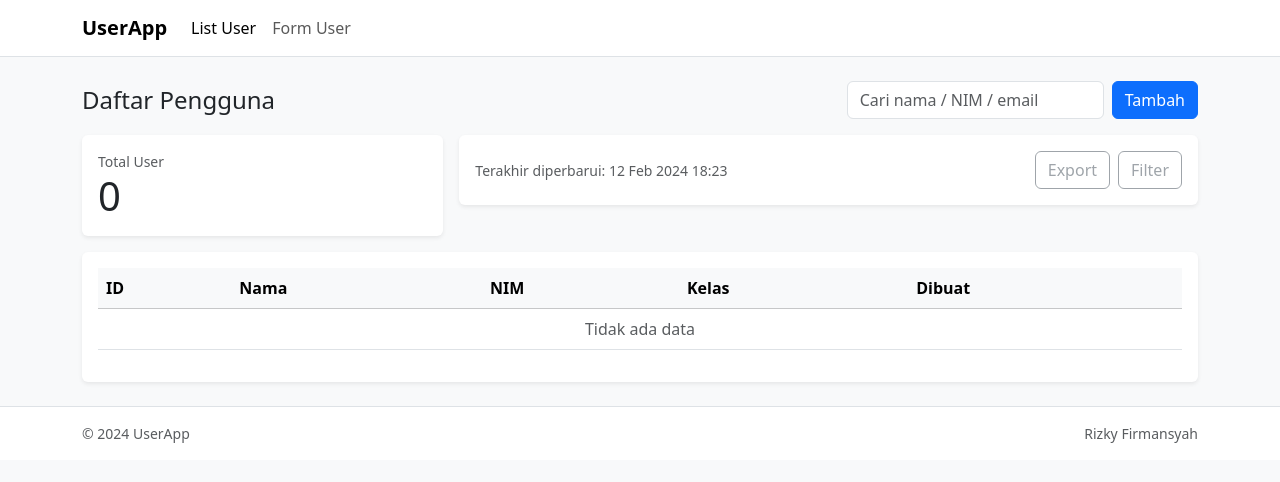
Repository: RizkyFirmansyah-com/prak-pwl-2357051016
Page: http://localhost/user
An editor plug-in stored every save of this project. The page is shown before and after the next save, followed by the edit.
The browser window is 1280 px wide. The pictures show the whole page.
The page is served by the project's Laravel application, run on PHP 8.4 with Laravel 10. Other server files are loaded and not shown. Queries for data that is not in the repository find no rows.

Above is the page before, as saved 2025-10-12 21:01:15.

### routes/web.php
<?php

use Illuminate\Support\Facades\Route;
use App\Http\Controllers\UserController;
use App\Http\Controllers\MataKuliahController;
use App\Http\Controllers\ProfilController;

/*
|--------------------------------------------------------------------------
| Web Routes
|--------------------------------------------------------------------------
|
| Here is where you can register web routes for your application. These
| routes are loaded by the RouteServiceProvider and all of them will
| be assigned to the "web" middleware group. Make something great!
|
*/

Route::get('/', function () {
    return view('');
});

Route::get('/user', [UserController::class, 'index']);
Route::get('/user/create', [UserController::class, 'create'])->name('user.create');
Route::post('/user', [UserController::class, 'store'])->name('user.store');
Route::resource('user', UserController::class);


Route::get('/mata-kuliah', [MataKuliahController::class, 'index']);
Route::get('/mata-kuliah/create', [MataKuliahController::class, 'create'])->name('matakuliah.create');
Route::post('/mata-kuliah', [MataKuliahController::class, 'store'])->name('matakuliah.store');

Route::get('/matakuliah/{id}/edit', [MataKuliahController::class, 'edit'])->name('matakuliah.edit');
Route::put('/matakuliah/{id}', [MataKuliahController::class, 'update'])->name('matakuliah.update');
Route::delete('/matakuliah/{id}', [MataKuliahController::class, 'destroy'])->name('matakuliah.destroy');
Route::resource('matakuliah', MataKuliahController::class);

### app/Http/Controllers/UserController.php
<?php

namespace App\Http\Controllers;

use Illuminate\Http\Request;
use App\Models\Kelas;
use App\Models\UserModel;

class UserController extends Controller
{
    private UserModel $userModel;
    private Kelas $kelasModel;

    public function __construct()
    {
        $this->userModel  = new UserModel();
        $this->kelasModel = new Kelas();
    }

    // LIST
    public function index()
    {
        // Jika UserModel punya method getUser(), pakai itu.
        // Kalau tidak, bisa ganti: $users = UserModel::with('kelas')->orderBy('nama')->get();
        $data = [
            'title' => 'List User',
            'users' => $this->userModel->getUser()
        ];
        return view('list_user', $data);
    }

    // CREATE FORM
    public function create()
    {
        $data = [
            'title' => 'Create User',
            'kelas' => $this->kelasModel->getKelas(), // pastikan nama method-nya getKelas()
        ];
        return view('user_create', $data);
    }

    // STORE
    public function store(Request $request)
    {
        $validated = $request->validate([
            'nama'     => ['required','string','max:100'],
            'nim'      => ['required','string','max:20'],
            'kelas_id' => ['required','exists:kelas,id'],
        ]);

        $this->userModel->create($validated);

        return redirect()->route('user.index')->with('success', 'User berhasil ditambahkan.');
    }

    // EDIT FORM
    public function edit(string $id)
    {
        $user  = UserModel::findOrFail($id);
        $kelas = $this->kelasModel->getKelas();

        return view('user_edit', [
            'title' => 'Edit User',
            'user'  => $user,
            'kelas' => $kelas,
        ]);
    }

    // UPDATE
    public function update(Request $request, string $id)
    {
        $validated = $request->validate([
            'nama'     => ['required','string','max:100'],
            'nim'      => ['required','string','max:20'],
            'kelas_id' => ['required','exists:kelas,id'],
        ]);

        $user = UserModel::findOrFail($id);
        $user->update($validated);

        return redirect()->route('user.index')->with('success', 'User berhasil diperbarui.');
    }

    // DELETE
    public function destroy(string $id)
    {
        $user = UserModel::findOrFail($id);
        $user->delete();

        return redirect()->route('user.index')->with('success', 'User berhasil dihapus.');
    }
}

### app/Models/UserModel.php
<?php

namespace App\Models;

use Illuminate\Database\Eloquent\Factories\HasFactory;
use Illuminate\Database\Eloquent\Model;

class UserModel extends Model
{
    use HasFactory;

    protected $table = 'user';
    protected $guarded = ['id'];

    public function Kelas(){
        return $this->belongsTo(Kelas::class, 'kelas_id');
    }

    public function getUser(){
        return $this->join('kelas', 'kelas.id', '=', 'user.kelas_id')
                    ->select('user.*', 'kelas.nama_kelas as nama_kelas')
                    ->get();
    }
}

### app/Models/kelas.php
<?php

namespace App\Models;

use Illuminate\Database\Eloquent\Factories\HasFactory;
use Illuminate\Database\Eloquent\Model;

class Kelas extends Model
{
    use HasFactory;

    protected $guarded = ['id'];

    public function user()
    {
        return $this->hasMany(UserModel::class, 'kelas_id');
    }

    public function getkelas()
    {
        return $this->all();
    }
}

### resources/views/list_user.blade.php
@extends('layouts.app')
@section('title','List User')

@section('content')
  {{-- Flash message --}}
  @if(session('success'))
    <div class="alert alert-success">{{ session('success') }}</div>
  @endif

  {{-- Header + Aksi --}}
  <div class="d-flex flex-wrap align-items-center justify-content-between gap-2 mb-3">
    <h4 class="mb-0">Daftar Pengguna</h4>
    <div class="d-flex gap-2">
      <form method="GET" class="d-flex" role="search">
        <input name="q" value="{{ request('q') }}" class="form-control" placeholder="Cari nama / NIM / email">
      </form>
      <a href="{{ route('user.create') }}" class="btn btn-primary">Tambah</a>
    </div>
  </div>

  {{-- Ringkasan kecil --}}
  <div class="row g-3 mb-3">
    <div class="col-md-4">
      <div class="card border-0 shadow-sm">
        <div class="card-body">
          <div class="small text-muted">Total User</div>
          <div class="display-6">
            {{ method_exists($users,'total') ? $users->total() : (is_countable($users) ? count($users) : 0) }}
          </div>
        </div>
      </div>
    </div>
    <div class="col-md-8">
      <div class="card border-0 shadow-sm">
        <div class="card-body d-flex flex-wrap justify-content-between align-items-center gap-2">
          <span class="small text-muted">Terakhir diperbarui: {{ now()->format('d M Y H:i') }}</span>
          <div class="d-flex gap-2">
            <a class="btn btn-outline-secondary disabled">Export</a>
            <a class="btn btn-outline-secondary disabled">Filter</a>
          </div>
        </div>
      </div>
    </div>
  </div>

  {{-- Tabel --}}
  <div class="card border-0 shadow-sm">
    <div class="card-body table-responsive">
      <table class="table align-middle table-hover">
        <thead class="table-light">
          <tr>
            <th>ID</th>
            <th>Nama</th>
            <th>NIM</th>
            <th>Kelas</th>
            <th>Dibuat</th>
          </tr>
        </thead>
        <tbody>
          @forelse($users as $user)
            <tr>
              <td>{{ $user->id }}</td>
              <td>{{ $user->nama ?? $user->name ?? '-' }}</td>
              <td>{{ $user->nim ?? '-' }}</td>
              <td>{{ $user->nama_kelas ?? ($user->kelas->nama_kelas ?? '-') }}</td>
              <td>{{ optional($user->created_at)->diffForHumans() }}</td>
            </tr>
          @empty
            <tr>
              <td colspan="5" class="text-center text-muted">Tidak ada data</td>
            </tr>
          @endforelse
        </tbody>
      </table>

      @if(method_exists($users, 'links'))
        <div class="mt-2">
          {{ $users->links() }}
        </div>
      @endif
    </div>
  </div>
@endsection

### resources/views/layouts/app.blade.php
<!DOCTYPE html>
<html lang="id">
<head>
    <meta charset="UTF-8">
    <meta name="viewport" content="width=device-width, initial-scale=1.0">
    <title>@yield('title', 'Aplikasi User')</title>
    <link href="https://cdn.jsdelivr.net/npm/bootstrap@5.3.3/dist/css/bootstrap.min.css" rel="stylesheet" crossorigin="anonymous">
</head>
<body class="bg-light">


    <x-navbar />

    <main class="container py-4">
        @yield('content')
    </main>


    <x-footer />

    <script src="https://cdn.jsdelivr.net/npm/bootstrap@5.3.3/dist/js/bootstrap.bundle.min.js" crossorigin="anonymous"></script>
</body>
</html>

### resources/views/components/navbar.blade.php
<nav class="navbar navbar-expand-lg bg-white border-bottom sticky-top">
  <div class="container">
    <a class="navbar-brand fw-semibold" href="{{ url('/') }}">UserApp</a>
    <button class="navbar-toggler" type="button" data-bs-toggle="collapse" data-bs-target="#nvb" aria-controls="nvb" aria-expanded="false" aria-label="Toggle navigation">
      <span class="navbar-toggler-icon"></span>
    </button>

    <div class="collapse navbar-collapse" id="nvb">
      <ul class="navbar-nav me-auto mb-2 mb-lg-0">
        {{-- Link ke List User --}}
        <li class="nav-item">
          <a class="nav-link {{ request()->is('user') ? 'active' : '' }}"
             href="{{ route('user.create') }}">
            List User
          </a>
        </li>

        {{-- Link ke Form Tambah User --}}
        <li class="nav-item">
          <a class="nav-link {{ request()->is('user/create') ? 'active' : '' }}"
             href="{{ route('user.create') }}">
            Form User
          </a>
        </li>
      </ul>
    </div>
  </div>
</nav>

### resources/views/components/footer.blade.php
<footer class="border-top bg-white">
  <div class="container py-3 small text-muted d-flex justify-content-between">
    <span>© {{ date('Y') }} UserApp</span>
    <span>Rizky Firmansyah</span>
  </div>
</footer>

Loaded but not shown: app/Http/Controllers/Controller.php (common file)

After the next save:
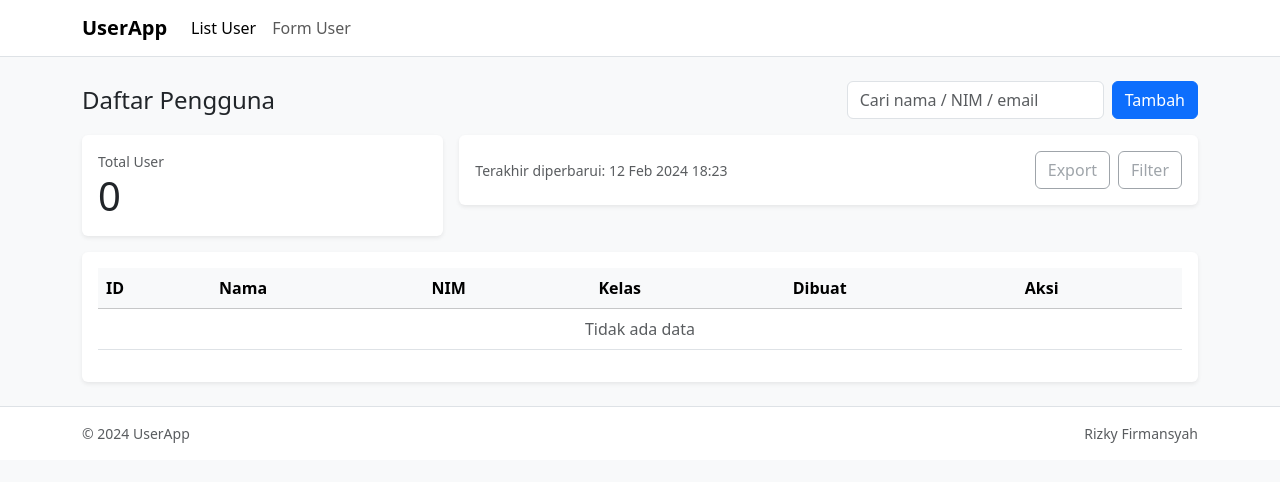
Saved 6 min 23 s later.
--- a/resources/views/list_user.blade.php
+++ b/resources/views/list_user.blade.php
@@ -6,12 +6,21 @@
   @if(session('success'))
     <div class="alert alert-success">{{ session('success') }}</div>
   @endif
+  @if($errors->any())
+    <div class="alert alert-danger">
+      <ul class="mb-0">
+        @foreach($errors->all() as $e)
+          <li>{{ $e }}</li>
+        @endforeach
+      </ul>
+    </div>
+  @endif
 
   {{-- Header + Aksi --}}
   <div class="d-flex flex-wrap align-items-center justify-content-between gap-2 mb-3">
     <h4 class="mb-0">Daftar Pengguna</h4>
     <div class="d-flex gap-2">
-      <form method="GET" class="d-flex" role="search">
+      <form method="GET" action="{{ route('user.index') }}" class="d-flex" role="search">
         <input name="q" value="{{ request('q') }}" class="form-control" placeholder="Cari nama / NIM / email">
       </form>
       <a href="{{ route('user.create') }}" class="btn btn-primary">Tambah</a>
@@ -54,6 +63,7 @@
             <th>NIM</th>
             <th>Kelas</th>
             <th>Dibuat</th>
+            <th>Aksi</th> {{-- Tambah kolom aksi --}}
           </tr>
         </thead>
         <tbody>
@@ -64,10 +74,22 @@
               <td>{{ $user->nim ?? '-' }}</td>
               <td>{{ $user->nama_kelas ?? ($user->kelas->nama_kelas ?? '-') }}</td>
               <td>{{ optional($user->created_at)->diffForHumans() }}</td>
+              <td>
+                {{-- Tombol Edit & Hapus --}}
+                <a href="{{ route('user.edit', $user->id) }}" class="btn btn-sm btn-primary">Edit</a>
+                <form action="{{ route('user.destroy', $user->id) }}" method="POST" style="display:inline;">
+                  @csrf
+                  @method('DELETE')
+                  <button type="submit" class="btn btn-sm btn-danger"
+                          onclick="return confirm('Yakin ingin menghapus user ini?')">
+                    Hapus
+                  </button>
+                </form>
+              </td>
             </tr>
           @empty
             <tr>
-              <td colspan="5" class="text-center text-muted">Tidak ada data</td>
+              <td colspan="6" class="text-center text-muted">Tidak ada data</td>
             </tr>
           @endforelse
         </tbody>
